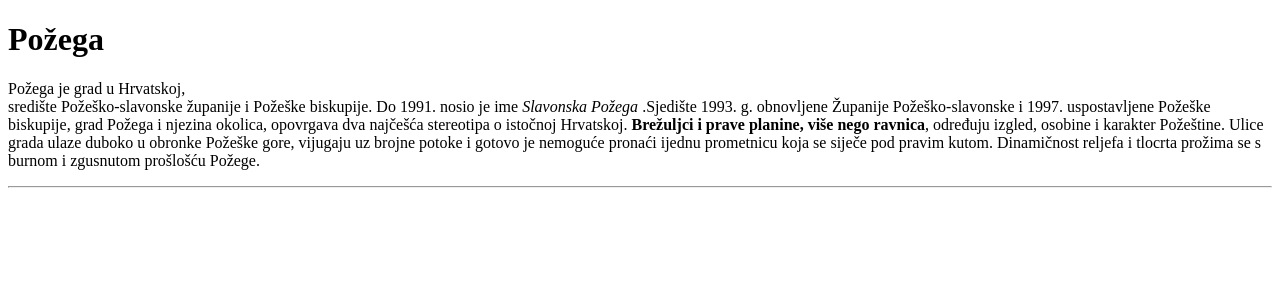
Repository: larabiondic/wp_biondic_lara
Page: Domace zadace/Zadaca 1.html
The author's editor kept a copy of each file at every save. The page is drawn from the files as they stood at one save, then again after the next save.
The browser window is 1280 px wide. The pictures show the whole page.

Above is the page before, as saved 2025-10-23 02:32:58.

### Domace zadace/Zadaca 1.html
<!DOCTYPE html>
<html lang="en">
<head>
    <meta charset="UTF-8">
    <meta name="viewport" content="width=device-width, initial-scale=1.0">
    <meta name="description" content="Web stranica o gradu Požegi">
    <meta name="keywords" content="HTML, CSS, JavaScript">
    <meta name="author" content="Lara Biondić">
    <title>Zadaća 1</title>
</head>
<body>
    <h1>Požega</h1>
    <p>Požega je grad u Hrvatskoj, <br> središte Požeško-slavonske
         županije i Požeške biskupije. Do 1991. nosio je ime <em>Slavonska Požega</em>
          .Sjedište 1993. g. obnovljene Županije Požeško-slavonske i 1997. uspostavljene
           Požeške biskupije, grad Požega i njezina okolica, opovrgava dva najčešća stereotipa
            o istočnoj Hrvatskoj. <strong>Brežuljci i prave planine, više nego ravnica</strong>, određuju izgled,
             osobine i karakter Požeštine. Ulice grada ulaze duboko u obronke Požeške gore, vijugaju
              uz brojne potoke i gotovo je nemoguće pronaći ijednu prometnicu koja se siječe pod pravim
               kutom. Dinamičnost reljefa i tlocrta prožima se s burnom i zgusnutom prošlošću Požege.</p>
               <hr>
</body>
</html>

After the next save:
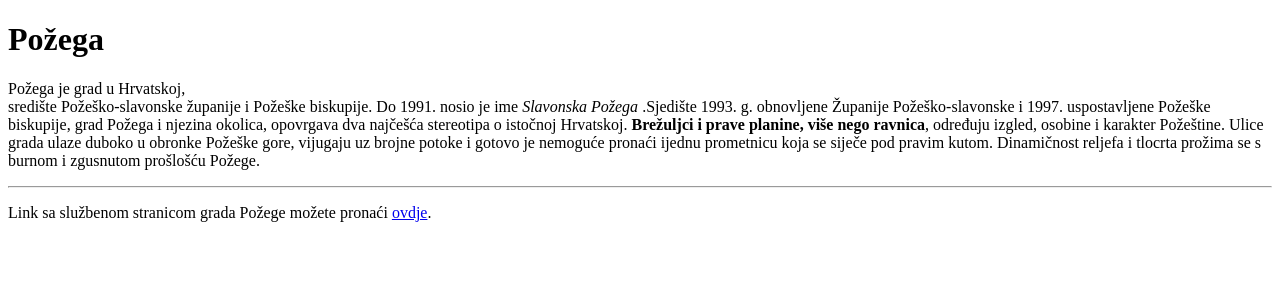
Saved 3 min 11 s later.
--- a/Domace zadace/Zadaca 1.html
+++ b/Domace zadace/Zadaca 1.html
@@ -19,5 +19,6 @@
               uz brojne potoke i gotovo je nemoguće pronaći ijednu prometnicu koja se siječe pod pravim
                kutom. Dinamičnost reljefa i tlocrta prožima se s burnom i zgusnutom prošlošću Požege.</p>
                <hr>
+               <p>Link sa službenom stranicom grada Požege možete pronaći <a href="https://www.pozega.hr/">ovdje</a>.</p>
 </body>
 </html>
